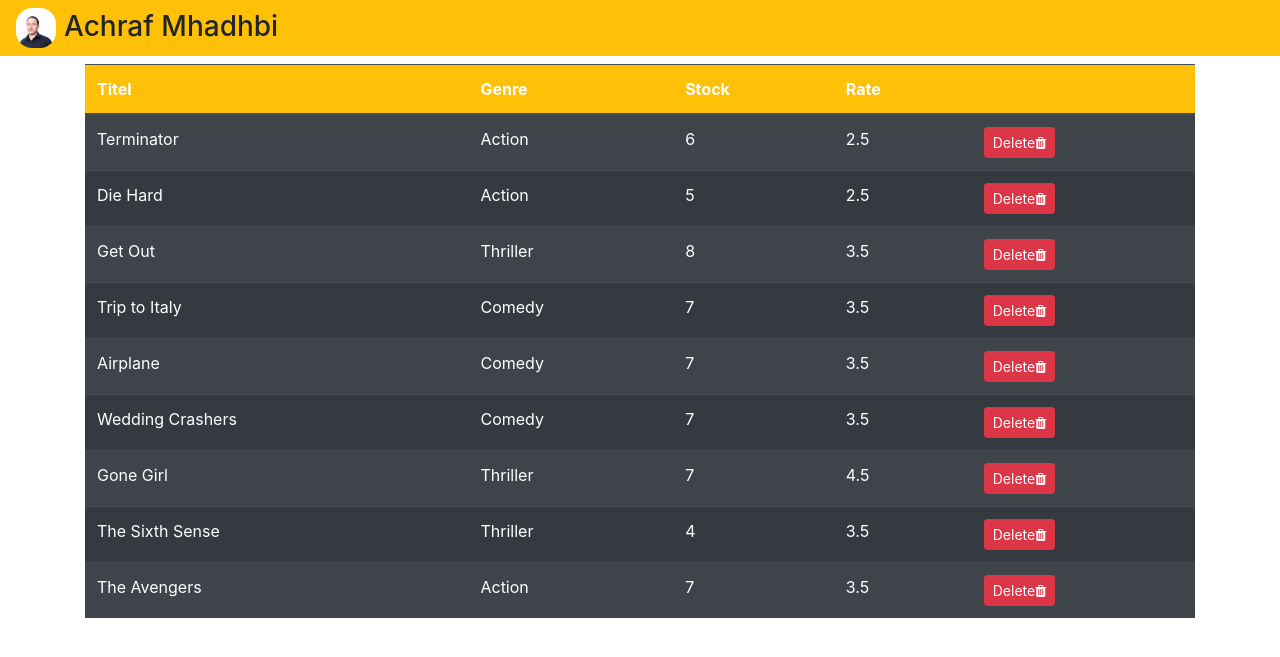
Repository: AMhadhbi/TecMovies-web-app
Page: /
The author's editor kept a copy of each file at every save. The page is drawn from the files as they stood at one save, then again after the next save.
The browser window is 1280 px wide. The pictures show the whole page.
The project was rebuilt for these pictures with package versions that can differ from the ones it lists, and the page was loaded fresh each time.

Above is the page before, as saved 2021-03-08 21:07:15.

### src/index.js
import React from 'react';
import ReactDOM from 'react-dom';
import './index.css';
import App from './App';
import reportWebVitals from './reportWebVitals';
import "bootstrap/dist/css/bootstrap.css";
import "font-awesome/css/font-awesome.css";

ReactDOM.render(
  <React.StrictMode>
    <App />
  </React.StrictMode>,
  document.getElementById('root')
);

// If you want to start measuring performance in your app, pass a function
// to log results (for example: reportWebVitals(console.log))
// or send to an analytics endpoint. Learn more: https://bit.ly/CRA-vitals
reportWebVitals();

### src/App.js
import React from 'react';
import Movies from './components/movies';
import Navbar from './components/navbar';

function App() {
  return (
    <React.Fragment>
      <Navbar/>
      <div className='container'>
      <Movies/>
      </div>
    </React.Fragment>

   );
}

export default App;

### src/components/movies.jsx
import React, { Component } from 'react';
import { getMovies } from '../services/fakeMovieService';

class Movies extends Component {
    state = {
        movies : getMovies()
     }
    render() {
        const {movies} = this.state;
        return (
            <table className="table table-striped table-dark">
            <thead className="bg-warning">
              <tr>
                <th>Titel</th>
                <th>Genre</th>
                <th>Stock</th>
                <th>Rate</th>
                <th/>
              </tr>
            </thead>
            <tbody>
            {movies.map((movie) => (
                <tr key={movie.id}>
                    <td>{movie.title}</td>
                    <td>{movie.genre.name}</td>
                    <td>{movie.numberInStock}</td>
                    <td>{movie.dailyRentalRate}</td>
                    <td>
                    <button className="btn btn-danger btn-sm">Delete
                    <i className="fa fa-trash"/>
                    </button>
                    </td>
            </tr>
            ))}

            </tbody>
          </table>
         );
    }
}

export default Movies;

### src/components/navbar.jsx
import React, { Component } from 'react';
class Navbar extends Component {
    render() {
        return (
            <nav className="navbar navbar-light bg-warning h3">
            <span>
                <img className ="mr-2" src='images/me.png' alt=""
                style={{width: "40px", height: "40px", borderRadius :"40%"}}
                />
                Achraf Mhadhbi
            </span>
            </nav>
         );
    }
}

export default Navbar;

### src/services/fakeMovieService.js
import * as genresAPI from "./fakeGenreService";

const movies = [
  {
    _id: "5b21ca3eeb7f6fbccd471815",
    title: "Terminator",
    genre: { _id: "5b21ca3eeb7f6fbccd471818", name: "Action" },
    numberInStock: 6,
    dailyRentalRate: 2.5,
    publishDate: "2018-01-03T19:04:28.809Z",
    liked: true,
  },
  {
    _id: "5b21ca3eeb7f6fbccd471816",
    title: "Die Hard",
    genre: { _id: "5b21ca3eeb7f6fbccd471818", name: "Action" },
    numberInStock: 5,
    dailyRentalRate: 2.5,
    liked: false,
  },
  {
    _id: "5b21ca3eeb7f6fbccd471817",
    title: "Get Out",
    genre: { _id: "5b21ca3eeb7f6fbccd471820", name: "Thriller" },
    numberInStock: 8,
    dailyRentalRate: 3.5,
    liked: true,
  },
  {
    _id: "5b21ca3eeb7f6fbccd471819",
    title: "Trip to Italy",
    genre: { _id: "5b21ca3eeb7f6fbccd471814", name: "Comedy" },
    numberInStock: 7,
    dailyRentalRate: 3.5,
    liked: false,
  },
  {
    _id: "5b21ca3eeb7f6fbccd47181a",
    title: "Airplane",
    genre: { _id: "5b21ca3eeb7f6fbccd471814", name: "Comedy" },
    numberInStock: 7,
    dailyRentalRate: 3.5,
    liked: true,
  },
  {
    _id: "5b21ca3eeb7f6fbccd47181b",
    title: "Wedding Crashers",
    genre: { _id: "5b21ca3eeb7f6fbccd471814", name: "Comedy" },
    numberInStock: 7,
    dailyRentalRate: 3.5,
    liked: true,
  },
  {
    _id: "5b21ca3eeb7f6fbccd47181e",
    title: "Gone Girl",
    genre: { _id: "5b21ca3eeb7f6fbccd471820", name: "Thriller" },
    numberInStock: 7,
    dailyRentalRate: 4.5,
    liked: false,
  },
  {
    _id: "5b21ca3eeb7f6fbccd47181f",
    title: "The Sixth Sense",
    genre: { _id: "5b21ca3eeb7f6fbccd471820", name: "Thriller" },
    numberInStock: 4,
    dailyRentalRate: 3.5,
    liked: true,
  },
  {
    _id: "5b21ca3eeb7f6fbccd471821",
    title: "The Avengers",
    genre: { _id: "5b21ca3eeb7f6fbccd471818", name: "Action" },
    numberInStock: 7,
    dailyRentalRate: 3.5,
    liked: false,
  },
];

export function getMovies() {
  return movies;
}

export function getMovie(id) {
  return movies.find((m) => m._id === id);
}

export function saveMovie(movie) {
  let movieInDb = movies.find((m) => m._id === movie._id) || {};
  movieInDb.name = movie.name;
  movieInDb.genre = genresAPI.genres.find((g) => g._id === movie.genreId);
  movieInDb.numberInStock = movie.numberInStock;
  movieInDb.dailyRentalRate = movie.dailyRentalRate;

  if (!movieInDb._id) {
    movieInDb._id = Date.now();
    movies.push(movieInDb);
  }

  return movieInDb;
}

export function deleteMovie(id) {
  let movieInDb = movies.find((m) => m._id === id);
  movies.splice(movies.indexOf(movieInDb), 1);
  return movieInDb;
}

Loaded but not shown: public/index.html (common file); src/index.css (common file); src/reportWebVitals.js (common file); src/services/fakeGenreService.js (common file)

After the next save:
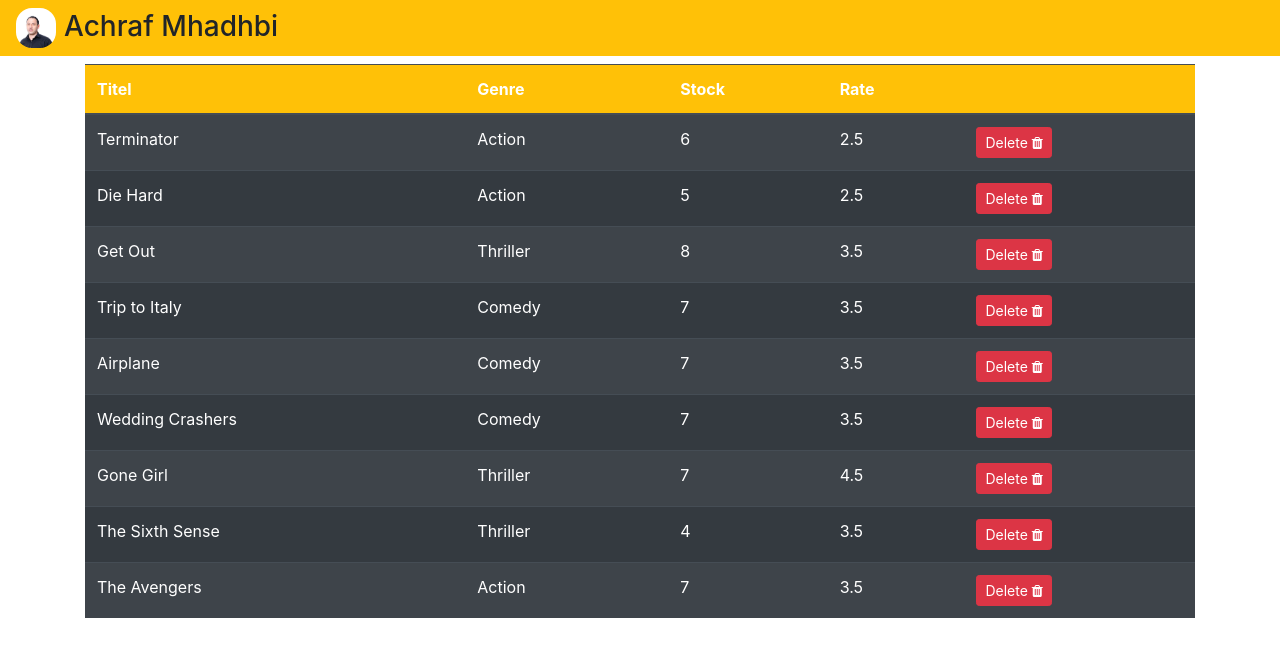
Saved 2 min 39 s later.
--- a/src/components/movies.jsx
+++ b/src/components/movies.jsx
@@ -26,8 +26,8 @@ class Movies extends Component {
                     <td>{movie.numberInStock}</td>
                     <td>{movie.dailyRentalRate}</td>
                     <td>
-                    <button className="btn btn-danger btn-sm">Delete
-                    <i className="fa fa-trash"/>
+                    <button className="btn btn-danger btn-sm">
+                    Delete <i className="fa fa-trash"/>
                     </button>
                     </td>
             </tr>
